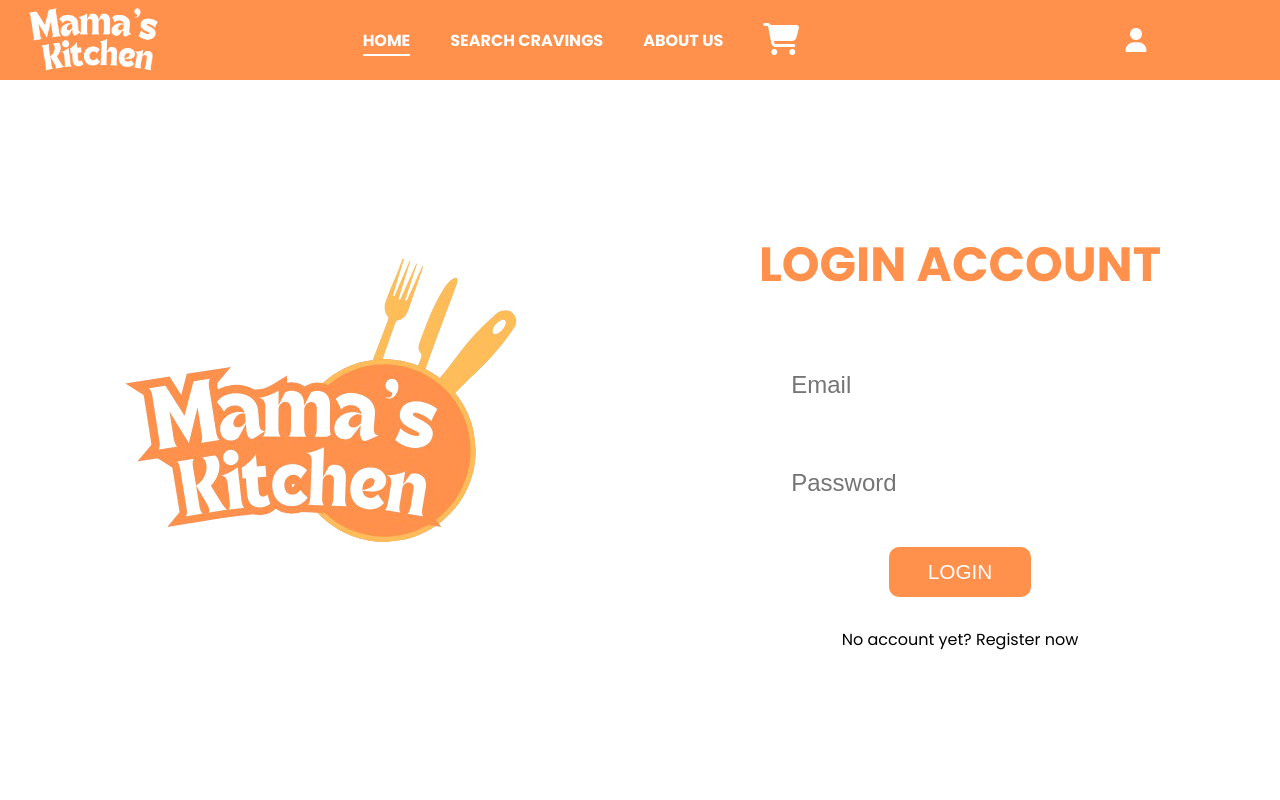
Repository: KarlBautista/mamaskitchen
Page: /login (app in frontend/)
The author's editor kept a copy of each file at every save. The page is drawn from the files as they stood at one save, then again after the next save.
The browser window is 1280 px wide. The pictures show the whole page.
Some web fonts or font styles are not loaded; a fallback is used. Some web libraries are served in a nearby version. The project was rebuilt for these pictures with package versions that can differ from the ones it lists, and the page was loaded fresh each time. Some packages were replaced by stand-ins written for this rebuild. Also part of the build but not shown: frontend/src/components/VideoPlatform.jsx, frontend/src/components/Home.jsx, frontend/src/components/Register.jsx, frontend/src/styles/search-cravings.css, frontend/src/components/SearchCravings.jsx, frontend/src/components/AboutUs.jsx, frontend/src/styles/profile.css, frontend/src/components/Profile.jsx and 3 more. Imported but missing from the stored project, and not drawn on this page: frontend/src/videos/Landing-Video.mp4, frontend/src/videos/jollibee-1.mp4.

Above is the page before, as saved 2025-01-03 22:42:05.

After the next save:
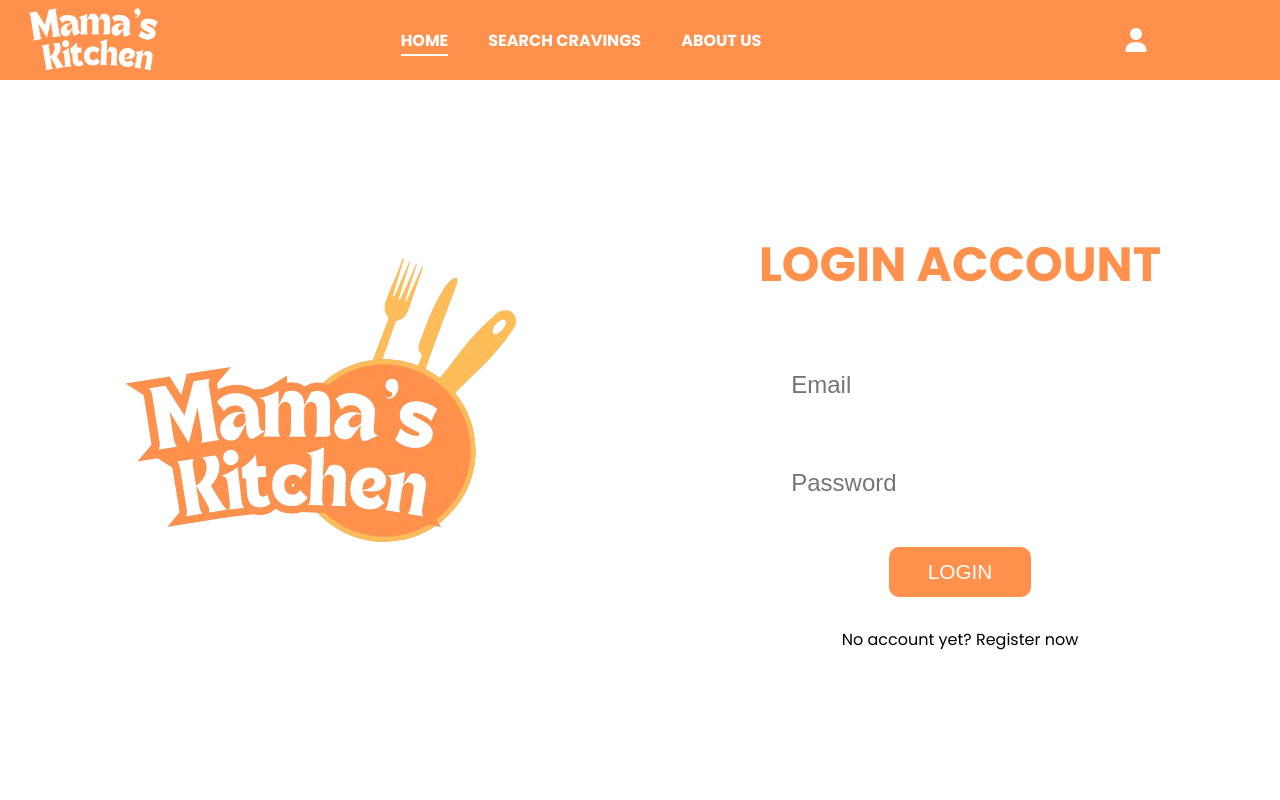
Saved 38 s later.
--- a/frontend/src/components/Header.jsx
+++ b/frontend/src/components/Header.jsx
@@ -117,13 +117,7 @@ function Header() {
                         >
                             About Us
                         </Link>
-                        <Link
-                            to="/cart"
-                            className={activeLink === "/cart" ? "active" : ""}
-                            onClick={() => handleLinkClick("/cart")}
-                        >
-                            <i className="fa-solid fa-cart-shopping bayong"></i>
-                        </Link>
+
                     </>
                 )}
             </div>
